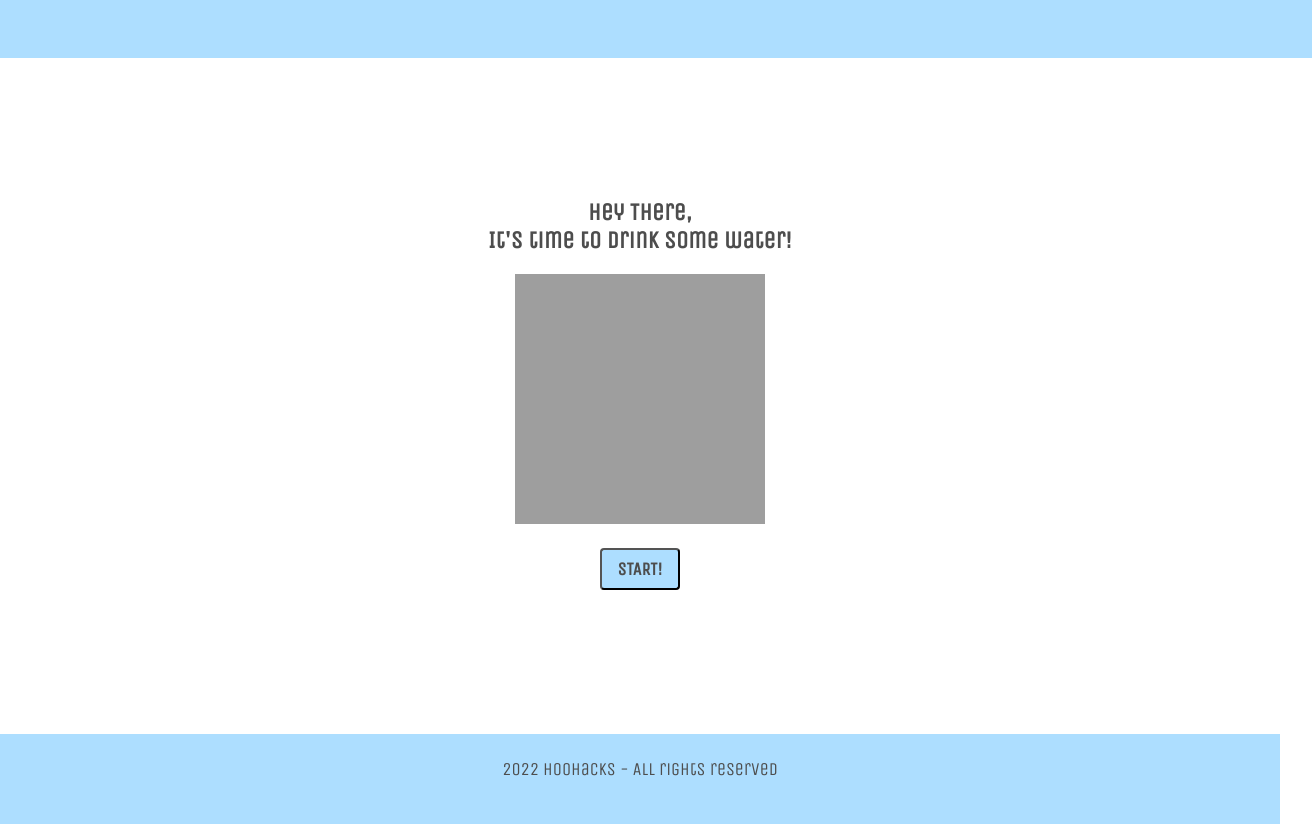
Repository: jennyjjung/H2ODaily
Page: index.html
An editor plug-in stored every save of this project. The page is shown before and after the next save, followed by the edit.
The browser window is 1280 px wide. The page is 1312 px wide, so the pictures cover 1312 px, including what lies to the right of the window. The pictures show the whole page.
Pictures or frames that could not be fetched are drawn as grey boxes.

Above is the page before, as saved 2022-03-26 16:23:11.

### index.html
<!DOCTYPE html>
<html lang="en">
<head>
  <meta charset="UTF-8">
  <meta http-equiv="X-UA-Compatible" content="IE=edge">
  <meta name="viewport" content="width=device-width, initial-scale=1.0">
  <title>H2O Daily</title>
  <link href='https://fonts.googleapis.com/css?family=Unica One' rel='stylesheet'>
  <link rel="stylesheet" href="style.css" />
  <script src="main.js" defer></script>
</head>
<body>

  <nav id="navbar">
    <div class="navbar__container"></div>
  </nav>

  <section id="home">
    <div class= "home__container">
      <h1 class="home__title">Hey There, <br>It's time to drink some water! </h1>
      <img src="images/krusty_krab.png" alt="H2ODaily Logo" class="home__logo">
      <button class="btn__home">START!</button>
    </div>
  </section>

  <section id="bottom">
    <div class= "bottom__container">
      <p class="bottom__rights">2022 HooHacks - All rights reserved</p>
    </div>
  </section>

</body>
</html>

### style.css
/* Global */
:root {
  /* Color */
  --color-white: #ffffff;
  --color-dark-grey: #4d4d4d;
  --color-blue: #addeff;
  --color-dark-blue: #95ccf0;

  /* Font weight */
  --weight-bold: 700;
  --weight-semi-bold: 600;
  --weight-regular: 400;

  /* Font Size */
  --font-large: 48px;
  --font-medium: 28px;
  --font-regular: 18px;
  --font-small: 16px;
  --font-micro: 14px;

  /* Size */
  --size-border-radius: 4px;
}

body {
  margin: 0;
  font-family: "Unica One";
  cursor: default;
}

p {
  font-size: var(--font-regular);
  font-weight: var(--weight-regular);
  color: var(--color-dark-grey);
  margin: 4px 0;
}

/* Navbar */
#navbar {
  width: 100%;
  height: 26px;
  background-color: var(--color-blue);
  padding: 16px;
}

/* Home */
#home {
  padding: 120px 40px;
  text-align: center;
}

.home__title {
  color: var(--color-dark-grey);
}

.home__container {
  display: flex;
  flex-direction: column;
  align-items: center;
}

.home__logo {
  width: 250px;
  height: 250px;
}

.btn__home {
  color: var(--color-dark-grey);
  background-color: var(--color-blue);
  font-size: var(--font-regular);
  font-weight: var(--weight-bold);
  font-family: "Unica One";
  margin: 24px;
  padding: 8px 16px;
  border-radius: var(--size-border-radius);
}

.btn__home:hover {
  background-color: var(--color-dark-blue);
}

#bottom {
  background-color: var(--color-blue);
  padding: 20px;
  text-align: center;
  height: 50px;
}

Loaded but not shown: main.js (no copy from this time; the picture is the same without it)

After the next save:
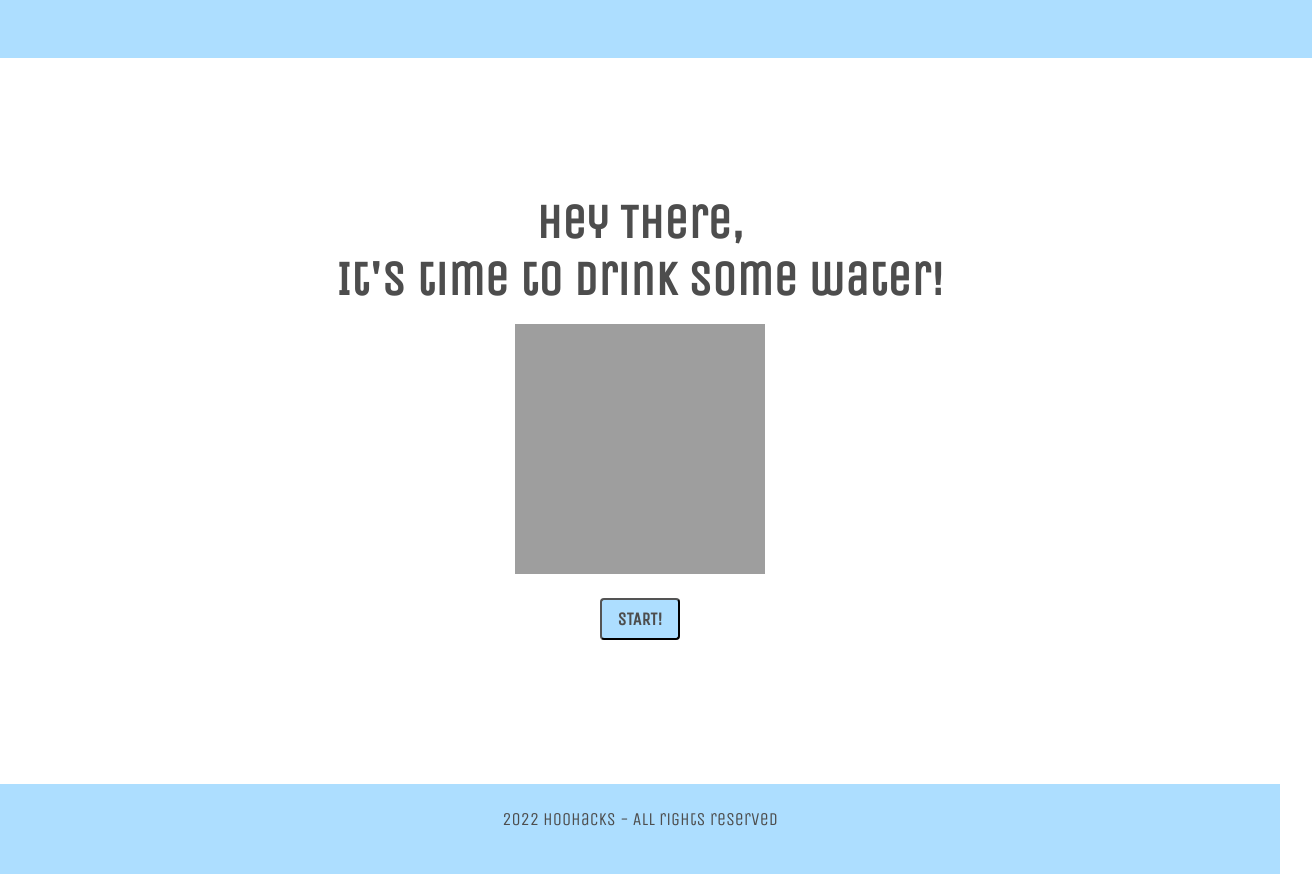
Saved 36 s later.
--- a/style.css
+++ b/style.css
@@ -26,6 +26,13 @@ body {
   margin: 0;
   font-family: "Unica One";
   cursor: default;
+}
+
+h1 {
+  font-size: var(--font-large);
+  font-weight: var(--weight-bold);
+  color: var(--color-black);
+  margin: 16px 0px;
 }
 
 p {
